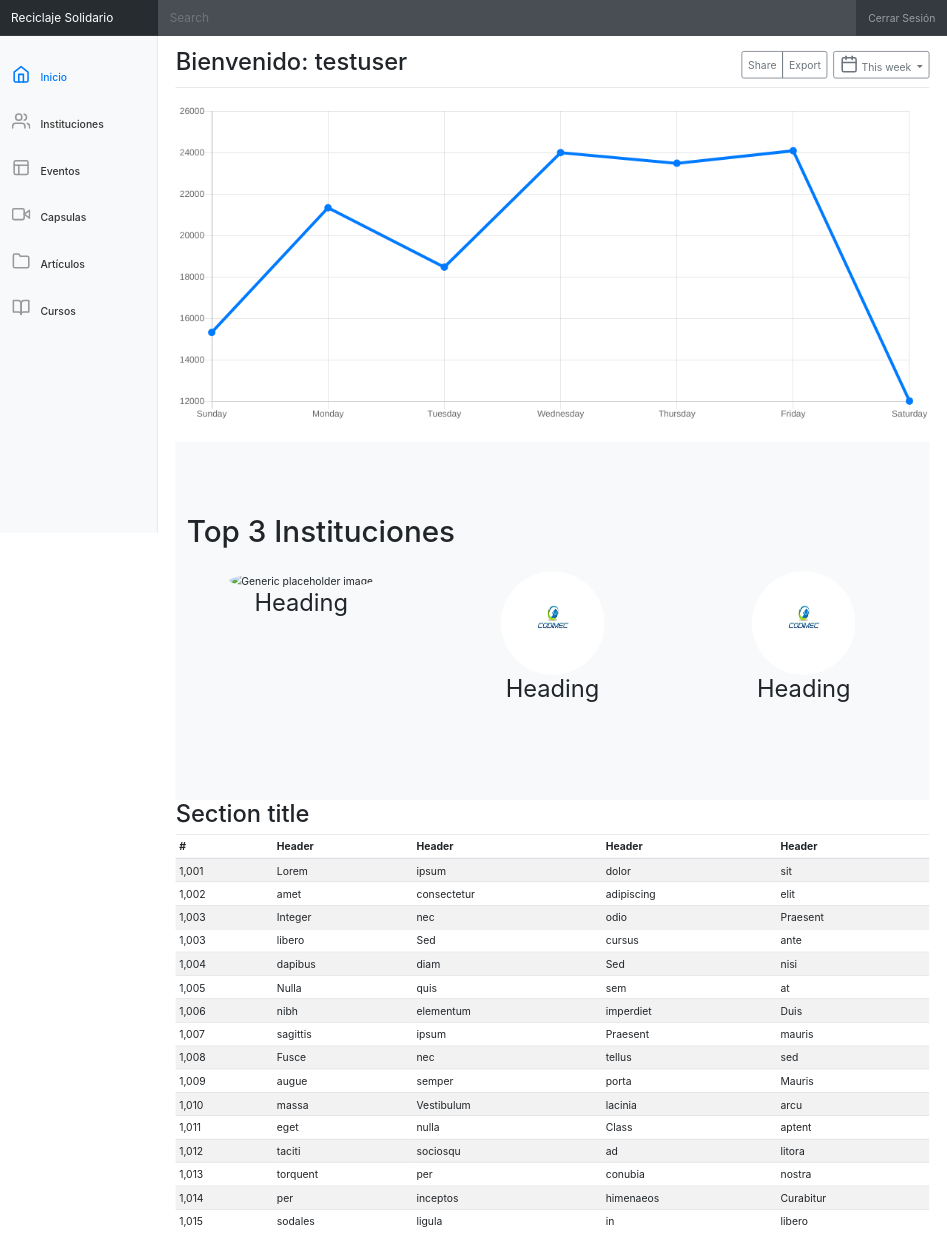
Repository: Gimape07/BDGrupal
Page: http://localhost/indexLogin.php
The author's editor kept a record of every edit. The page is drawn from the files as they stood at one moment, then again after the next edit.
The browser window is 1280 px wide. The pictures show the whole page, at 74% of full size.
Some web libraries are served in a nearby version. The page is run by PHP 8.4 with error messages shown; the project is at /var/www/html/. The session is filled in as if someone had signed in: {"usuario": "testuser"}.

Above is the page before.

After the next edit:
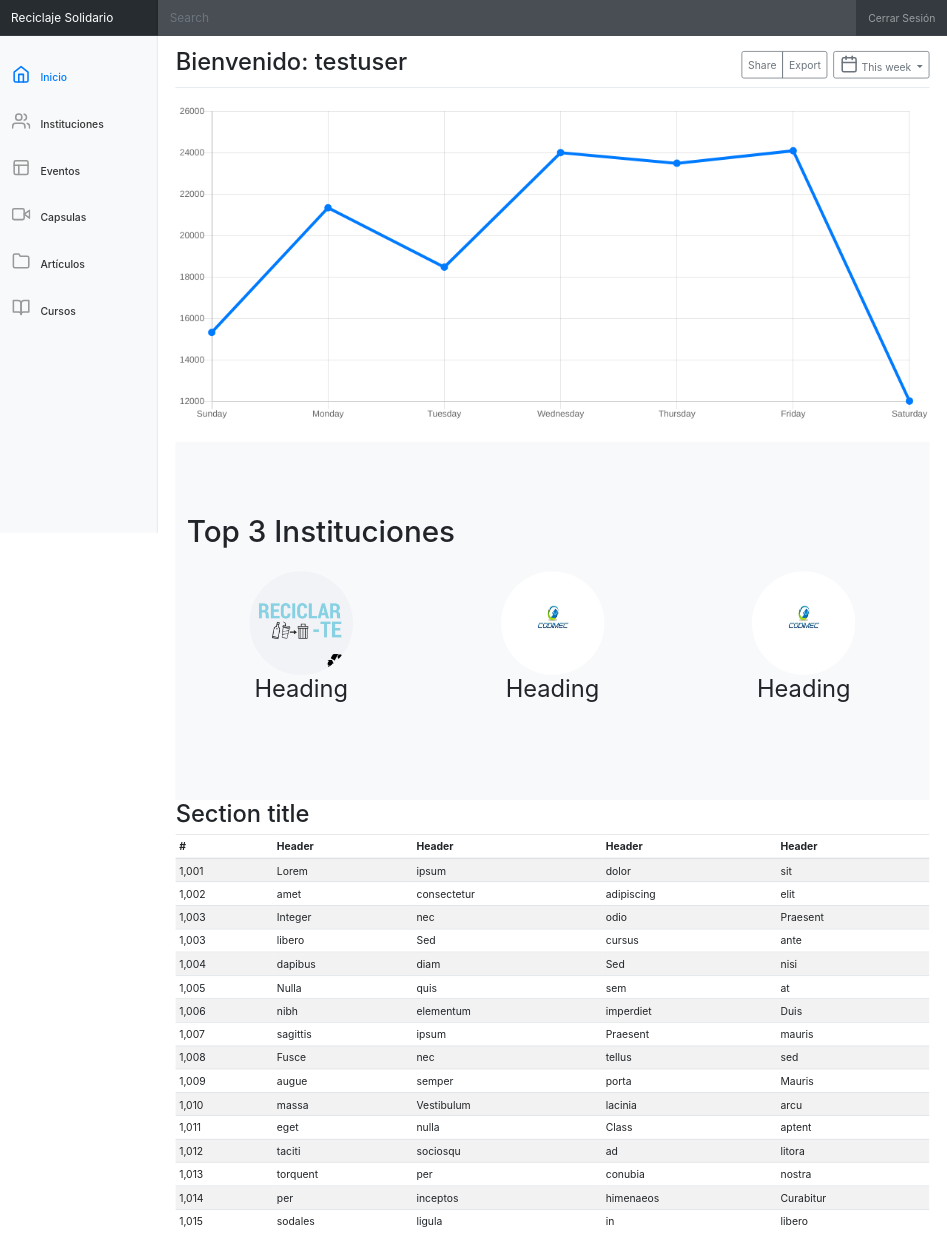
The edit:
--- a/webpage/_cuerpo.html
+++ b/webpage/_cuerpo.html
@@ -165,7 +165,7 @@
           <div class="row">
 
           <div class="col-lg-4">
-          <img class="rounded-circle" alt="Generic placeholder image" width="140" height="140">
+          <img class="rounded-circle" src="/img/Reciclarte.png" alt="Generic placeholder image" width="140" height="140">
           <h2>Heading</h2>
           </div>
 
